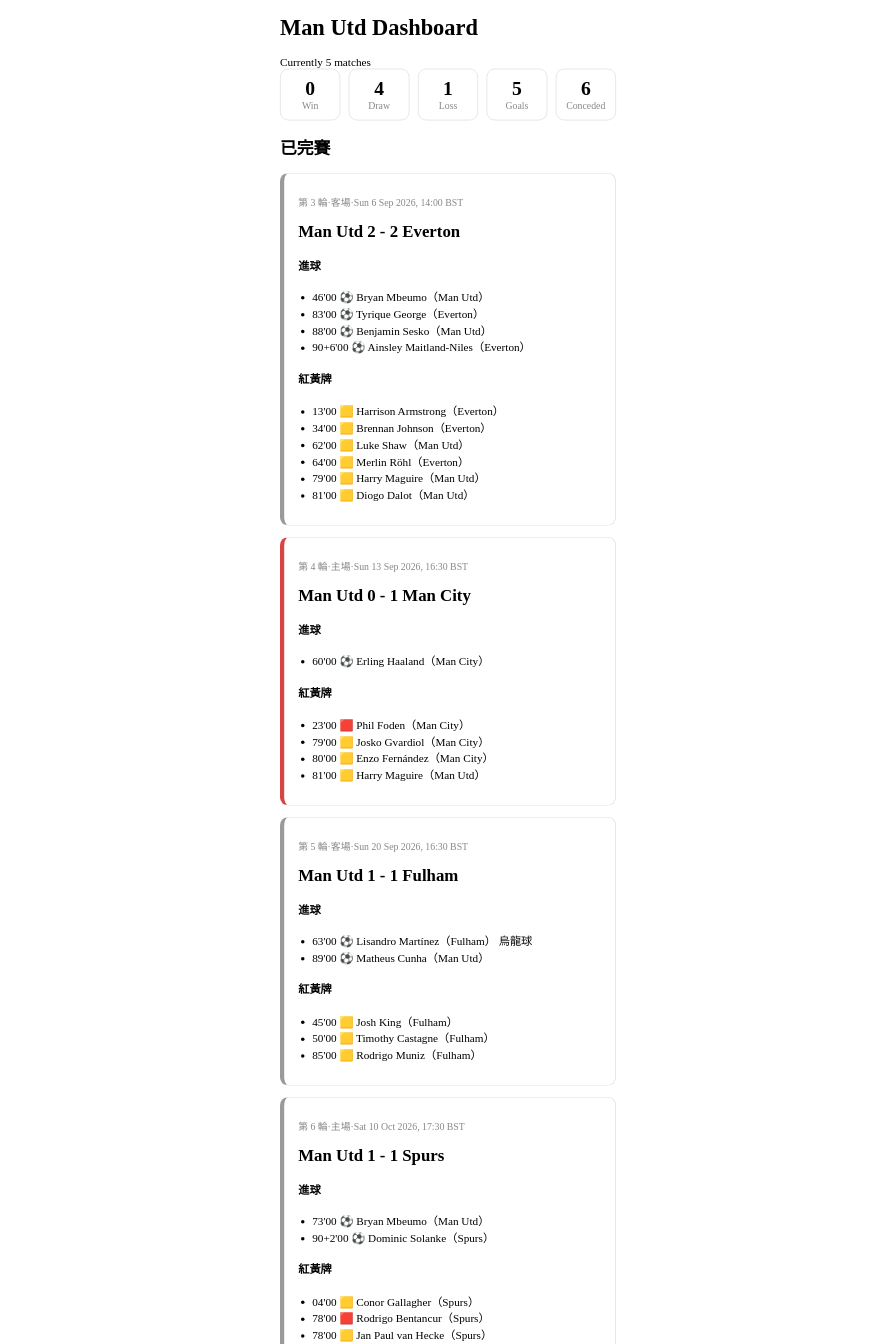
Repository: Chengyu0814/Premier-League-Dashboard
Page: / (app in frontend/)
These files come from the project's save history. The page is drawn as it stood at one moment and after the next save; the edit follows.
The browser window is 1280 px wide. The pictures show the part of the page from y = 0 to 1920 px (the page is 3022 px tall before and 3028 px after), at 70% of full size.
The project was rebuilt for these pictures with package versions that can differ from the ones it lists, and the page was loaded fresh each time. Also part of the build but not shown: frontend/vite.config.js.

Above is the page before, as saved 2026-10-27 14:08:16.

After the next save:
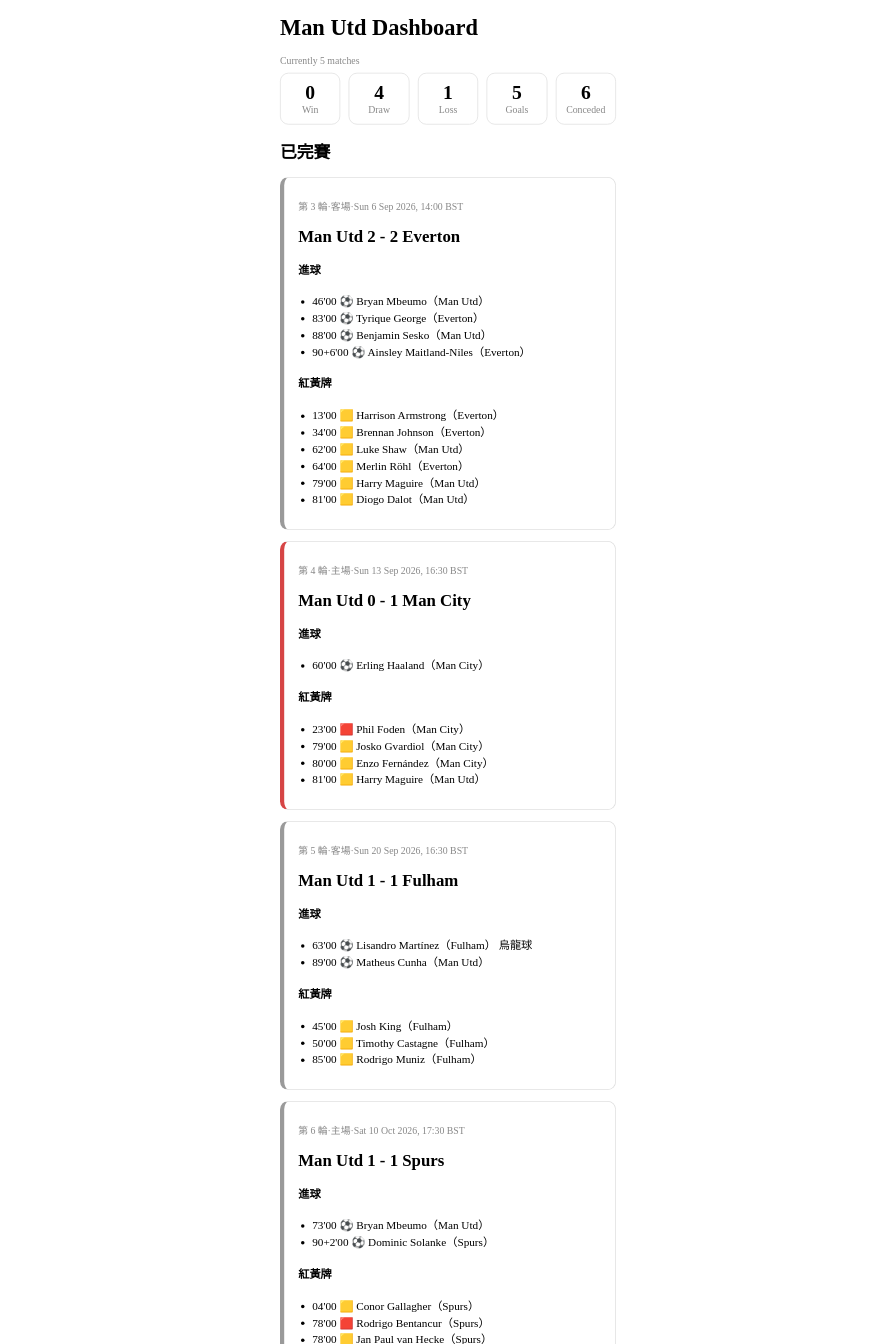
Saved 51 s later.
--- a/frontend/src/index.css
+++ b/frontend/src/index.css
@@ -49,3 +49,10 @@
 .match-card.upcoming {
     border-style: dashed;
   }
+
+.match-count {
+    color: #888;
+    font-size: 14px;
+    margin-bottom: 8px;
+    text-align: left;
+}
